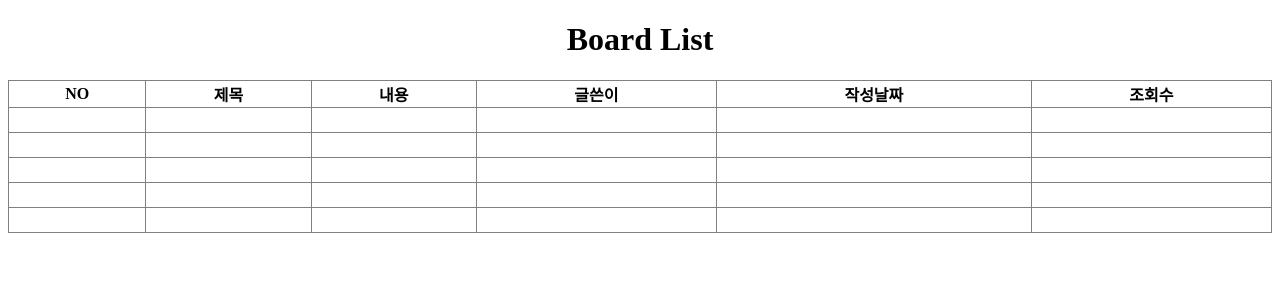
Repository: ByeonYJ/CSSTest
Page: GMSUI/WebContent/board/board_list.html
The author's editor kept a copy of each file at every save. The page is drawn from the files as they stood at one save, then again after the next save.
The browser window is 1280 px wide. The pictures show the whole page.

Above is the page before, as saved 2017-07-19 08:25:44.

### GMSUI/WebContent/board/board_list.html
<!DOCTYPE html>
<html>
<head>
<meta charset="UTF-8">
<title>Insert title here</title>
<style>
.text-center{text-align: center;}
.border-black{border: 1px solid black;}
.width-30pro{width:30%}
.text-deco-none{text-decoration: none;}
.table-border{border-collapse: collapse;}
.margin-auto{margin:0 auto;}
.list-none{list-style-type:none;}
.inline-block{display:inline-block}
.bgcolor-yellow{background-color:yellow;}
.bgcolor-red{background-color:red;}
.bgcolor-blue{background-color:blue;}
</style>
</head>
<body>
<h1 class="text-center">Board List</h1>
	<table border=1 class="table-border" style="width: 100%">
		<tr style="height: 25px;">
			<th class="text-center style="width: 5%">NO</th>
			<th style="width: 20%, text-align: center;">제목</th>
			<th style="width: 36%, text-align: center;">내용</th>
			<th style="width: 15%, text-align: center;">글쓴이</th>
			<th style="width: 15%, text-align: center;">작성날짜</th>
			<th style="width: 9%, text-align: center;">조회수</th>
		</tr>
		<tr style="height: 25px;">
			<td></td>
			<td></td>
			<td></td>
			<td></td>
			<td></td>
			<td></td>
		</tr>
		<tr style="height: 25px;">
			<td></td>
			<td></td>
			<td></td>
			<td></td>
			<td></td>
			<td></td>
		</tr>
		<tr style="height: 25px;">
			<td></td>
			<td></td>
			<td></td>
			<td></td>
			<td></td>
			<td></td>
		</tr>
		<tr style="height: 25px;">
			<td></td>
			<td></td>
			<td></td>
			<td></td>
			<td></td>
			<td></td>
		</tr >
		<tr style="height: 25px;">
			<td></td>
			<td></td>
			<td></td>
			<td></td>
			<td></td>
			<td></td>
		</tr>
	</table>
</body>
</html>

After the next save:
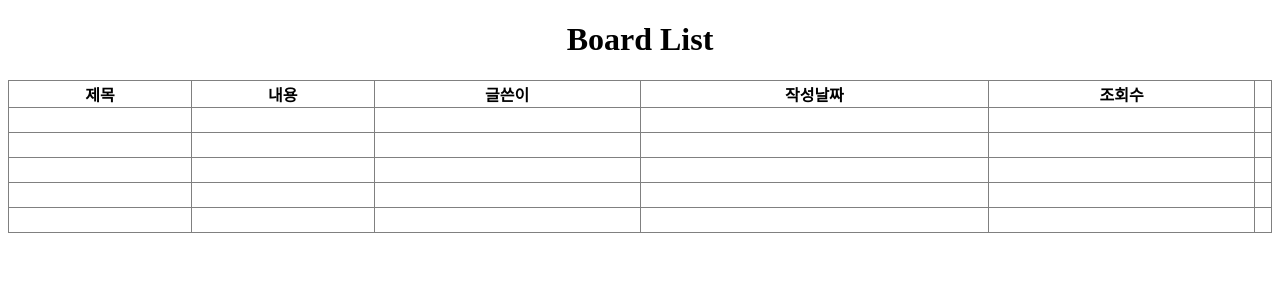
Saved 42 s later.
--- a/GMSUI/WebContent/board/board_list.html
+++ b/GMSUI/WebContent/board/board_list.html
@@ -21,7 +21,7 @@
 <h1 class="text-center">Board List</h1>
 	<table border=1 class="table-border" style="width: 100%">
 		<tr style="height: 25px;">
-			<th class="text-center style="width: 5%">NO</th>
+			<th class="class="text-center" style="width: 5%>NO</th>
 			<th style="width: 20%, text-align: center;">제목</th>
 			<th style="width: 36%, text-align: center;">내용</th>
 			<th style="width: 15%, text-align: center;">글쓴이</th>
